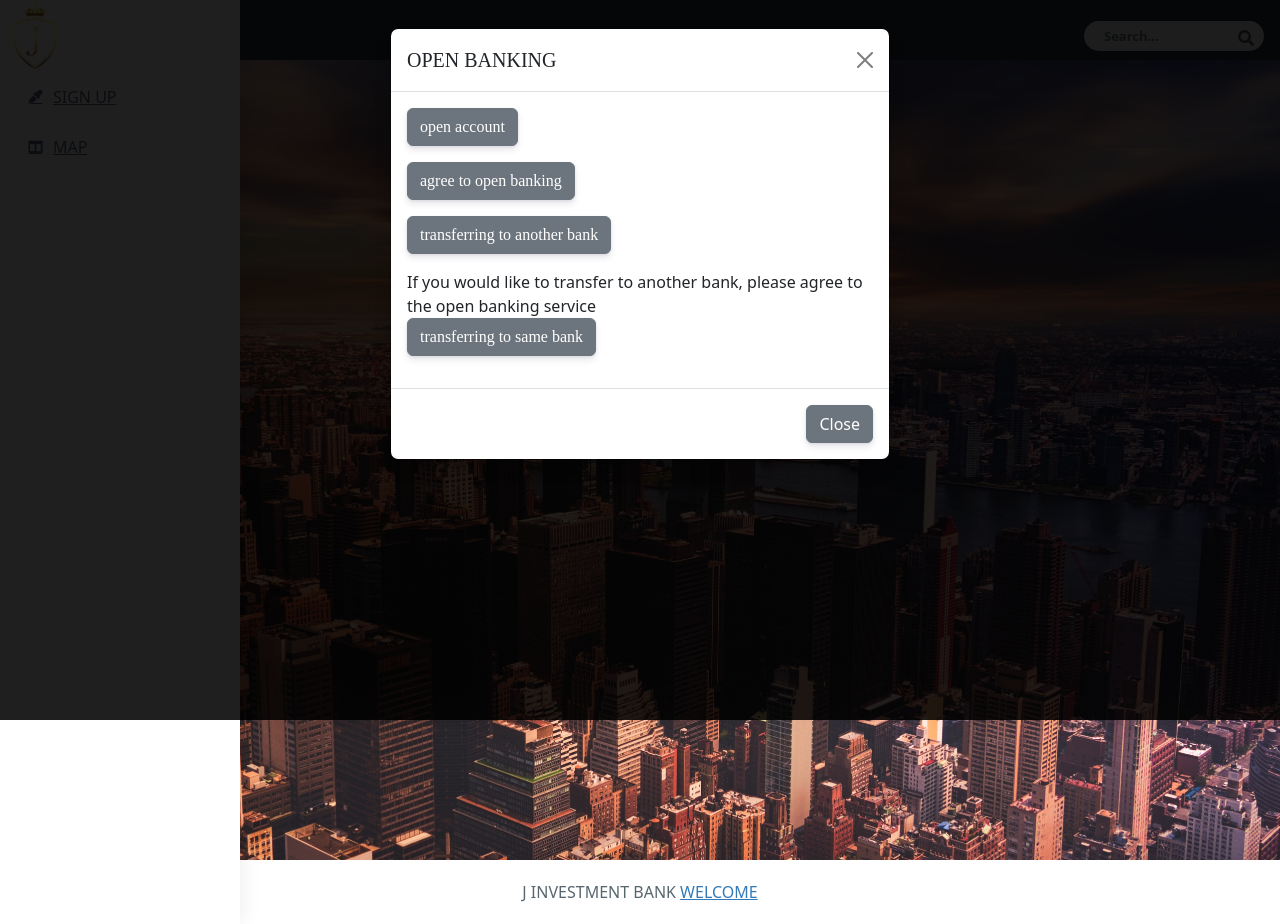
Repository: chopilyeon/HanaOpenBanking
Page: http://localhost/OpenBanking/jsp/bank/openBanking.jsp
An editor plug-in stored every save of this project. The page is shown before and after the next save, followed by the edit.
The browser window is 1280 px wide. The pictures show the whole page.
Some web fonts or font styles are not loaded; a fallback is used. The page is served by Tomcat 9.

Above is the page before, as saved 2022-07-16 08:50:00.
Console error: TypeError: Cannot read properties of null (reading 'addEventListener')

After the next save:
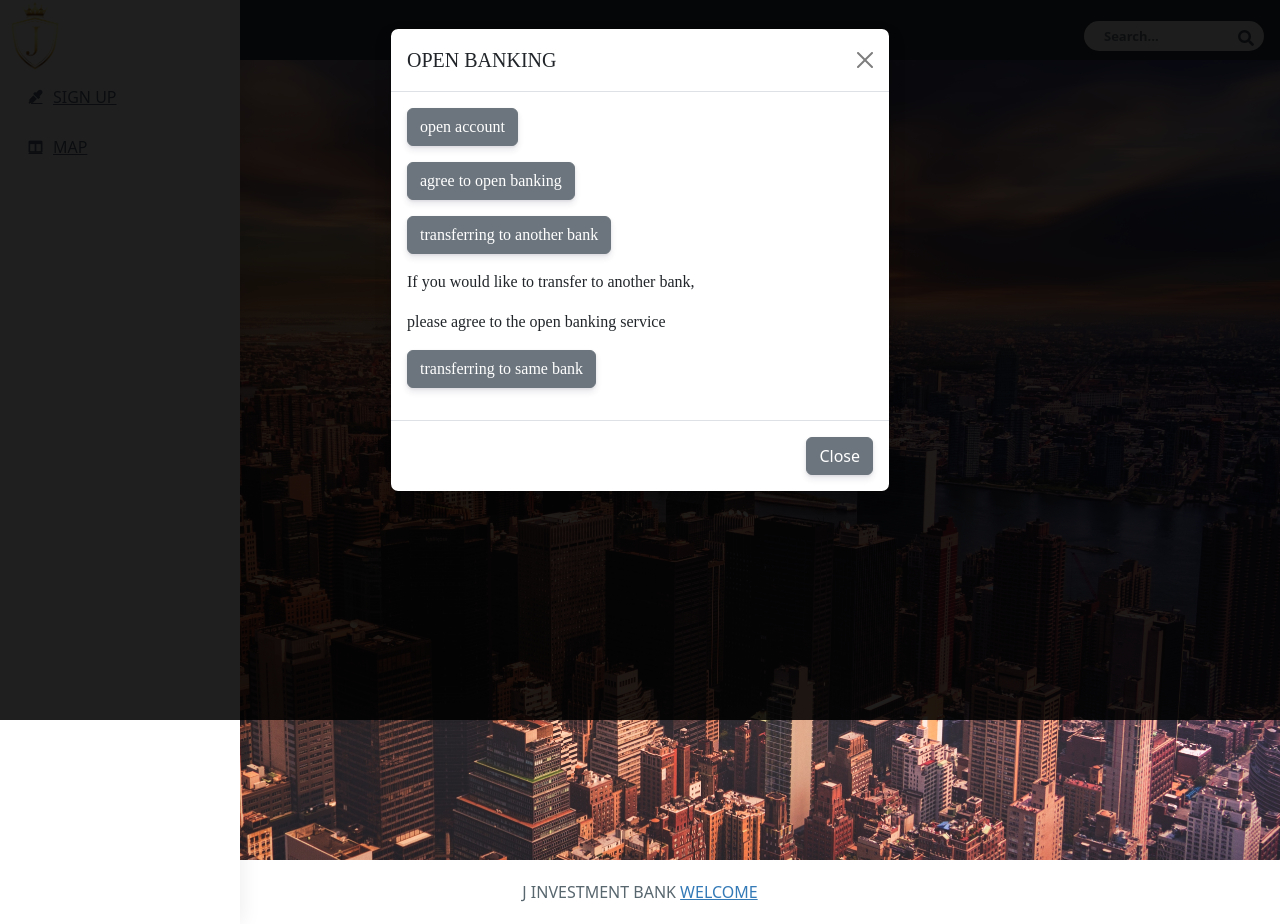
Saved 93 s later.
--- a/OpenBanking/src/main/webapp/jsp/bank/openBanking.jsp
+++ b/OpenBanking/src/main/webapp/jsp/bank/openBanking.jsp
@@ -95,7 +95,8 @@
     	<p><a href="${pageContext.request.contextPath}/bank/openAccount.do" role="button" class="btn btn-secondary" data-bs-toggle="popover" title="Popover title" data-bs-content="Popover body content is set in this attribute.">open account</a> </p>
     	<p><a href="${pageContext.request.contextPath}/bank/openBank.do" role="button" class="btn btn-secondary" data-bs-toggle="popover" title="Popover title" data-bs-content="Popover body content is set in this attribute.">agree to open banking</a> </p>
  		<p><a href="${pageContext.request.contextPath}/bank/transferToAnotherBank.do" role="button" class="btn btn-secondary" data-bs-toggle="popover" title="Popover title" data-bs-content="Popover body content is set in this attribute.">transferring to another bank</a> </p>
- 		If you would like to transfer to another bank, please agree to the open banking service
+ 		<p>If you would like to transfer to another bank,</p>
+ 		<p> please agree to the open banking service</p>
 
 
  		<p><a href="${pageContext.request.contextPath}/bank/transferToSameBank.do" role="button" class="btn btn-secondary" data-bs-toggle="popover" title="Popover title" data-bs-content="Popover body content is set in this attribute.">transferring to same bank</a> </p>
